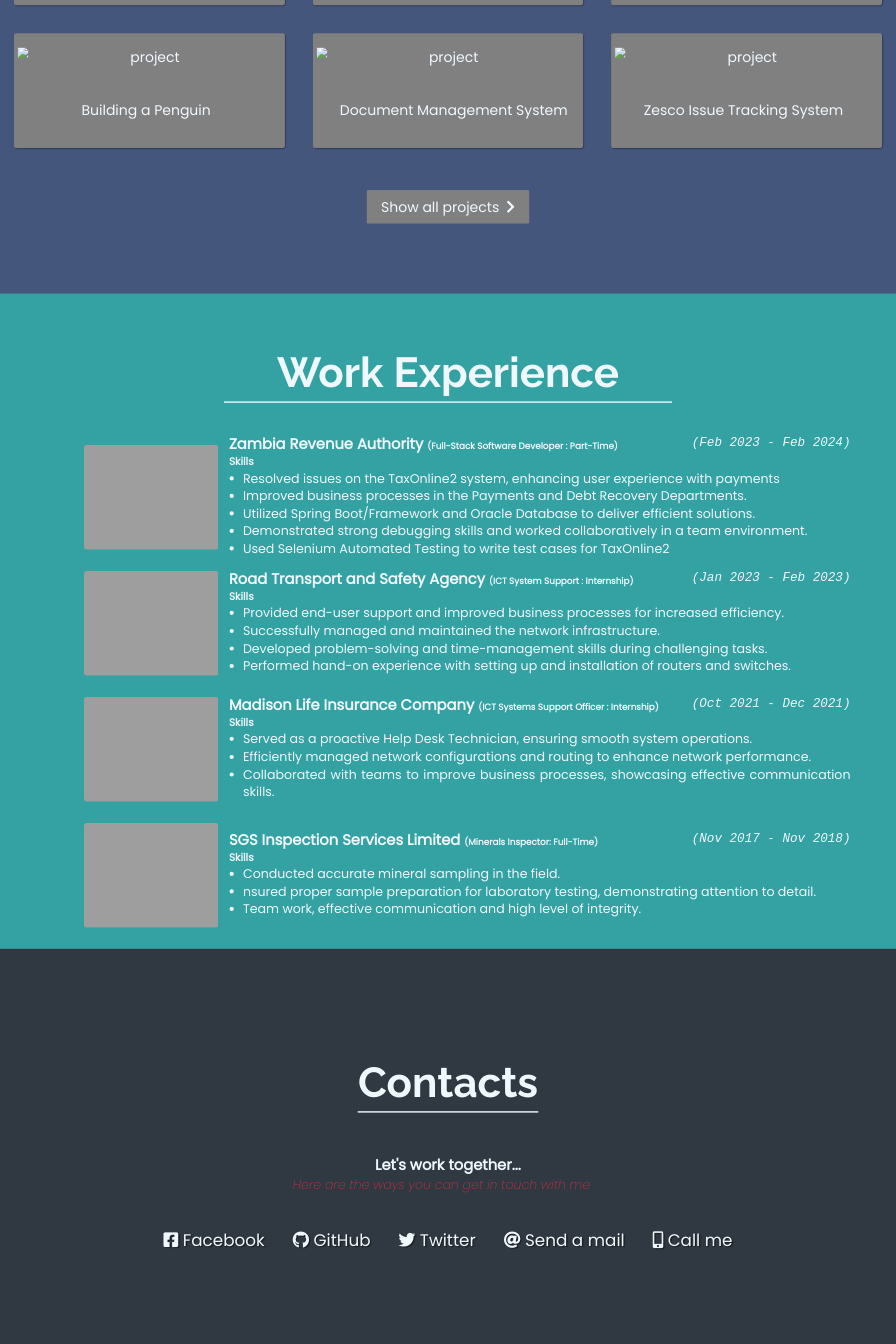
Repository: Lungdjos/personal_portifolio
Page: html/index.html
The author's editor kept a copy of each file at every save. The page is drawn from the files as they stood at one save, then again after the next save.
The browser window is 1280 px wide. The pictures show the part of the page from y = 1179 to 3099 px (the page is 3214 px tall), at 70% of full size.
Pictures or frames that could not be fetched are drawn as grey boxes. Some web libraries are served in a nearby version.

Above is the page before, as saved 2024-02-04 02:51:04.

### html/index.html
<!DOCTYPE html>
<html lang="en">

<head>
    <meta charset="UTF-8">
    <meta name="viewport" content="width=device-width, initial-scale=1.0">
    <title>Personal Portifolio</title>
    <link rel="stylesheet" href="/css/styles.css">
    <link rel="stylesheet" href="https://use.fontawesome.com/releases/v5.8.2/css/all.css" integrity="sha384-oS3vJWv+0UjzBfQzYUhtDYW+Pj2yciDJxpsK1OYPAYjqT085Qq/1cq5FLXAZQ7Ay" crossorigin="anonymous">
    <link href="https://fonts.googleapis.com/css?family=Poppins:200i,300,400&amp;display=swap" rel="stylesheet">
    <link href="https://fonts.googleapis.com/css?family=Raleway:700&amp;display=swap" rel="stylesheet">
    <script src="edge-extension://ajdpfmkffanmkhejnopjppegokpogffp/assets/prompt.js"></script>
</head>

<body>
    <header class="header">
        <nav id="navbar">
            <ul class="nav-list">
                <li><a href="#welcome-section" class="nav-link"><i class=""></i>Home</a></li>
                <li>
                    <a href="#project-section" class="nav-link"> <i class=""></i>Projects</a>
                </li>
                <li>
                    <a href="#work-experience-section" class="nav-link"> <i class=""></i>Experience</a>
                </li>
                <li><a href="#contact-section" class="nav-link"><i class=""></i>Contacts</a></li>
            </ul>
        </nav>
    </header>
    <main class="m-3">
        <div id="spacer"></div>
        <section class="home" id="welcome-section">
            <div id="welcome-section">
                <h1 id="title">Hi there, I am Lungu</h1>
                <p id="sub-title"><span>a</span> <span>full-stack</span> <span>software</span> <span>developer</span></p>
            </div>
        </section>

        <div id="spacer"></div>
        <section class="project-section" id="project-section">
            <h1 id="project-heading" class="heading">Here are some Projects I have done</h1>

            <div class="project-grid">
                <a href="#" target="_blank" class="project project-title">
                    <img class="project-image" src="" alt="project">
                    <p class="project-title">
                        <span class="code">&lt;</span>Technical Document Page
                        <span class="code">/&gt;</span>
                    </p>
                </a>

                <a href="#" target="_blank" class="project project-title">
                    <img class="project-image" src="" alt="project">
                    <p class="project-title">
                        <span class="code">&lt;</span> Piano
                        <span class="code">/&gt;</span>
                    </p>
                </a>

                <a href="#" target="_blank" class="project project-title">
                    <img class="project-image" src="" alt="project">
                    <p class="project-title">
                        <span class="code">&lt;</span> Tribute Page
                        <span class="code">/&gt;</span>
                    </p>
                </a>

                <a href="#" target="_blank" class="project project-title">
                    <img class="project-image" src="" alt="project">
                    <p class="project-title">
                        <span class="code">&lt;</span> Building a Penguin
                        <span class="code">/&gt;</span>
                    </p>
                </a>

                <a href="#" target="_blank" class="project project-title">
                    <img class="project-image" src="" alt="project">
                    <p class="project-title">
                        <span class="code">&lt;</span> Document Management System
                        <span class="code">/&gt;</span>
                    </p>
                </a>

                <a href="#" target="_blank" class="project project-title">
                    <img class="project-image" src="" alt="project">
                    <p class="project-title">
                        <span class="code">&lt;</span> Zesco Issue Tracking System
                        <span class="code">/&gt;</span>
                    </p>
                </a>
            </div>

            <a href="#" class="btn btn-show-all" target="_blank">Show all projects<i class="fas fa-chevron-right"></i></a>
        </section>
        <div id="spacer"></div>
        <section class="work-exp-section" id="work-experience-section">
            <h1 class="heading work-exp-heading">Work Experience</h1>
            <div id="grid">
                <div id="icon"><img src="https://th.bing.com/th?id=OIP.rCZtK_dDgujHTn0u4EiHUwHaEX&w=325&h=191&c=8&rs=1&qlt=90&o=6&pid=3.1&rm=2" alt="icon"></div>
                <div class="experience">
                    <div class="title-exp">
                        <h3>Zambia Revenue Authority <small>(Full-Stack Software Developer : Part-Time)</small></h3>
                        <code>(Feb 2023 - Feb 2024)</code>
                    </div>

                    <h5 class="skills">Skills</h5>
                    <p>
                        <ul>
                            <li>Resolved issues on the TaxOnline2 system, enhancing user experience with payments</li>
                            <li>Improved business processes in the Payments and Debt Recovery Departments.</li>
                            <li>Utilized Spring Boot/Framework and Oracle Database to deliver efficient solutions.</li>
                            <li>Demonstrated strong debugging skills and worked collaboratively in a team environment.</li>
                            <li>Used Selenium Automated Testing to write test cases for TaxOnline2</li>
                        </ul>
                    </p>
                </div>
            </div>

            <div id="grid">
                <div id="icon"><img src="https://th.bing.com/th?id=OIP.iDj6ErR_9QzKQiRz5T8xHQAAAA&w=158&h=159&c=8&rs=1&qlt=90&o=6&pid=3.1&rm=2" alt="icon"></div>
                <div class="experience">
                    <div class="title-exp">
                        <h3>Road Transport and Safety Agency <small>(ICT System Support : Internship)</small></h3>
                        <code>(Jan 2023 - Feb 2023)</code>
                    </div>

                    <h5 class="skills">Skills</h5>
                    <p>
                        <ul>
                            <li>Provided end-user support and improved business processes for increased efficiency.</li>
                            <li>Successfully managed and maintained the network infrastructure.</li>
                            <li>Developed problem-solving and time-management skills during challenging tasks.</li>
                            <li>Performed hand-on experience with setting up and installation of routers and switches.</li>
                        </ul>
                    </p>
                </div>
            </div>

            <div id="grid">
                <div id="icon"><img src="https://th.bing.com/th?id=OIP.sgcljO8ZBHyturyXo14g8wAAAA&w=216&h=103&c=8&rs=1&qlt=90&o=6&pid=3.1&rm=2" alt="icon"></div>
                <div class="experience">
                    <div class="title-exp">
                        <h3>Madison Life Insurance Company <small>(ICT Systems Support Officer : Internship)</small></h3>
                        <code>(Oct 2021 - Dec 2021)</code>
                    </div>

                    <h5 class="skills">Skills</h5>
                    <p>
                        <ul>
                            <li>Served as a proactive Help Desk Technician, ensuring smooth system operations.</li>
                            <li>Efficiently managed network configurations and routing to enhance network performance.</li>
                            <li>Collaborated with teams to improve business processes, showcasing effective communication skills.</li>
                        </ul>
                    </p>
                </div>
            </div>

            <div id="grid">
                <div id="icon"><img src="https://th.bing.com/th?id=OIP.TdyvCMy5NlyppvpqZwovrAHaE8&w=306&h=204&c=8&rs=1&qlt=90&o=6&pid=3.1&rm=2" alt="icon"></div>
                <div class="experience">
                    <div class="title-exp">
                        <h3>SGS Inspection Services Limited <small>(Minerals Inspector: Full-Time)</small></h3>
                        <code>(Nov 2017 - Nov 2018)</code>
                    </div>

                    <h5 class="skills">Skills</h5>
                    <p>
                        <ul>
                            <li>Conducted accurate mineral sampling in the field.</li>
                            <li>nsured proper sample preparation for laboratory testing, demonstrating attention to detail.</li>
                            <li>Team work, effective communication and high level of integrity.</li>
                        </ul>
                    </p>
                </div>
            </div>
        </section>
        <div id="spacer"></div>
        <section class="contact-section" id="contact-section">
            <h1 class="heading contacts-heading">Contacts</h1>
            <div class="contact-section-header">
                <h3>Let's work together...</h3>
                <p>Here are the ways you can get in touch with me <i class="fa-duotone fa-phone"></i></p>
            </div>
            <div id="contact-links">
                <a href="https://facebook.com/freecodecamp" target="_blank" class="btn contact-details"><i class="fab fa-facebook-square"></i> Facebook</a>
                <a id="profile-link" href="https://github.com/freecodecamp" target="_blank" class="btn contact-details"><i class="fab fa-github"></i> GitHub</a>
                <a href="https://twitter.com/freecodecamp" target="_blank" class="btn contact-details"><i class="fab fa-twitter"></i> Twitter</a>
                <a href="mailto:example@example.com" class="btn contact-details"><i class="fas fa-at"></i> Send a mail</a>
                <a href="tel:555-555-5555" class="btn contact-details"><i class="fas fa-mobile-alt"></i> Call me</a>
            </div>
        </section>
    </main>
    <footer>
        <ul>
            <li><a href="">Privacy</a></li>
            <li><a href="">Contacts</a></li>
            <li><a href="">About Us</a></li>
        </ul>
        <span>&REG;Radix Enterprise Ltd. &copy; 2024</span>
    </footer>
</body>

</html>

### css/styles.css
/** STYLING FOR THE PORTIFOLIO **/


/* the root selector */

:root {
    /* colors */
    --col-1: aliceblue;
    --col-2: grey;
    --col-3: orangered;
    --col-4: #be3144;
    --bc-1: #34a2a2;
    --bc-2: #0b2e28;
    --bc-3: #123b3b;
    --bc-4: #45567d;
    --bc-5: #303841;
    /* values */
}


/* general stylings */

html {
    font-size: 62.5%;
    box-sizing: border-box;
    scroll-behavior: smooth;
}

* {
    margin: 0;
    padding: 0;
}


/* box-sizing and font sizing */

*,
*::before,
*::after {
    box-sizing: inherit;
}


/* body styling */

body {
    font-family: 'Poppins', sans-serif;
    font-size: 1.8rem;
    font-weight: 400;
    line-height: 1.4;
    color: var(--col-1);
    background-color: var(--bc-1);
}


/* headings styling */

h1,
h2 {
    font-family: 'Raleway', sans-serif;
    font-weight: 600;
    text-align: center;
}

h1 {
    font-size: 6rem;
}

h2 {
    font-size: 4.2rem;
}


/* List and anchor styling */

ul {
    list-style: none;
}

a {
    color: var(--col-1);
    text-decoration: none;
}

img {
    display: block;
    width: 100%;
}


/** NAVIGATION BAR */


/* nav bar styling */

nav {
    font-weight: 600;
}

.header {
    display: flex;
    justify-content: flex-end;
    position: fixed;
    top: 0;
    left: 0;
    width: 100%;
    box-shadow: 0 2px 0 rgba(0, 0, 0, 0.4);
    z-index: 10;
    background-color: var(--bc-2);
}

nav>ul {
    display: flex;
    margin-right: 2rem;
    text-transform: uppercase;
}

.nav-list a {
    display: block;
    font-size: 2.2rem;
    padding: 2rem;
}

.nav-list a:hover {
    background: var(--bc-4);
}

.nav-list a:visited {
    border-bottom: .2rem solid #ff6347;
}


/* body styling */

#spacer {
    max-width: 1000px;
    width: 100%;
    margin: 0 auto;
}

main li {
    list-style-type: disc;
}


/** HOME PAGE */


/* Styling or the Home Page */

.home {
    width: 100%;
    height: 100vh;
    display: flex;
    flex-direction: column;
    justify-content: center;
    align-items: center;
    background: inherit;
    background-image: linear-gradient(62deg, #3a3d40 0%, #181719 100%);
}

#welcome-section>p {
    font-size: 3rem;
    font-weight: 200;
    font-style: italic;
    color: #d0a;
}

#title {
    transform-origin: center;
    animation: rotateAndChangeColor 14s infinite ease-in-out;
}

#sub-title {
    text-indent: 10px;
}

#sub-title span {
    display: inline-block;
    animation: fallAnimation 4s infinite ease-in-out forwards;
}


/** PROJECTS */


/* styling for projects */

.project-section {
    text-align: center;
    padding: 10rem 2rem;
    background: var(--bc-4);
}

.heading {
    max-width: 640px;
    margin: 0 auto 6rem auto;
    border-bottom: .2rem solid var(--col-1);
}


/* grids */

.project-grid {
    display: grid;
    grid-template-columns: repeat(auto-fit, minmax(360px, 1fr));
    grid-gap: 4rem;
    width: 100%;
    max-width: 1280px;
    margin: 0 auto;
    margin-bottom: 6rem;
}


/* individual projects */

.project {
    background: var(--col-2);
    box-shadow: 1px 1px 2px rgba(0, 0, 0, 0.4);
    border-radius: 3px;
}

.code {
    color: var(--col-2);
    transition: color 0.3s ease-out;
}

.project:hover .code {
    color: var(--col-3);
}

.project-image {
    height: calc(100% - 6.8rem);
    width: 100%;
    object-fit: cover;
}

.project-title {
    font-size: 2rem;
    padding: 2rem 0.5rem;
}

.btn {
    display: inline-block;
    padding: 1rem 2rem;
    border-radius: 2px;
}

.btn-show-all {
    font-size: 2rem;
    background: var(--col-2);
    transition: background 0.3s ease-out;
}

.btn-show-all:hover {
    background: var(--col-3);
}

.btn-show-all:hover>i {
    transform: translateX(2px);
}

.btn-show-all>i {
    margin-left: 10px;
    transform: translateX(0);
    transition: transform 0.3s ease-out;
}


/** WORK EXPERIENCE */

#work-experience-section {
    padding-top: 5rem;
    margin: 2rem;
}

.work-exp-section small {
    font-size: 60%;
}

#work-experience-section #icon {
    display: flex;
    flex-direction: column;
    justify-content: center;
    align-items: center;
}

#work-experience-section img {
    border-radius: 3%;
    height: 150px;
    width: 15vw;
}

#work-experience-section .experience {
    display: flex;
    flex-direction: column;
    justify-content: center;
    height: 125px;
    width: 80vw;
    padding: 5px;
    margin: 1rem;
}

#grid {
    display: flex;
    margin: 3rem;
    margin-left: 10rem;
}

.experience {
    text-align: justify;
}

.experience ul {
    padding-left: 2rem;
}

.skills {
    color: var(--col-1);
}

.title-exp {
    display: flex;
    justify-content: space-between;
}

.title-exp code {
    flex-direction: flex-end;
    font-style: italic;
}


/** CONTACTS */

#contact-section {
    display: flex;
    flex-direction: column;
    justify-content: center;
    align-items: center;
    text-align: center;
    padding: 0 3rem;
    width: 100%;
    height: 82vh;
    background: var(--bc-5);
}

.contact-section-header>h2 {
    font-size: 6rem;
}

.contact-section-header>p {
    font-style: italic;
    color: var(--col-4);
}

#contact-links {
    display: flex;
    justify-content: center;
    width: 100%;
    max-width: 980px;
    margin-top: 4rem;
    flex-wrap: wrap;
}

.contact-details {
    font-size: 2.4rem;
    text-shadow: 2px 2px 1px #1f1f1f;
    transition: transform 0.3s ease-out;
}

.contact-details:hover {
    transform: translateY(10px);
    color: var(--col-4);
}


/** FOOTER */


/* footer styling */

footer {
    font-weight: 300;
    padding: 2rem;
    background-color: var(--bc-3);
    border-top: 6px solid var(--bc-2);
}

footer>ul {
    display: flex;
    justify-content: flex-end;
}

footer>ul>li {
    padding: 0 12px;
}

footer>span {
    display: flex;
    justify-content: flex-end;
    margin-top: 6px;
    font-size: .9rem;
    font-weight: bold;
}


/** ANIMATIONS AND EFFECTS */


/* Welcome Page Animations */

@keyframes rotateAndChangeColor {
    0% {
        transform: rotateY(0deg);
        color: #333;
    }
    30% {
        transform: rotateY(360deg);
        color: #2e604a;
    }
    60% {
        transform: rotate(0deg);
        color: #45567d;
    }
    90% {
        transform: rotate(360deg);
        color: #ff6347;
    }
}

@keyframes fallAnimation {
    0% {
        transform: translateY(-60px);
        opacity: 0;
    }
    50% {
        transform: translateY(-60px);
        opacity: 0.4;
    }
    100% {
        transform: translateY(0);
        opacity: 1;
    }
}


/** STYLING FOR SMALL DEVICES */


/* 1200px / 16px = 75em */

@media (max-width: 75em) {
    html {
        font-size: 60%;
    }
}


/* 980px / 16px = 61.25em */

@media (max-width: 61.25em) {
    html {
        font-size: 58%;
    }
}


/* 460px / 16px = 28.75em */

@media (max-width: 28.75em) {
    html {
        font-size: 55%;
    }
}


/** NAV-BAR */


/* nav bar media queries */

@media (max-width: 28.75em) {
    #navbar {
        justify-content: center;
    }
    .nav-list {
        margin: 0 1rem;
    }
}


/** PROJECTS */


/* projects media query */

@media (max-width: 28.75em) {
    #project-heading {
        font-size: 4rem;
    }
}

@media (max-width: 30.625em) {
    .project-section {
        padding: 6rem 1rem;
    }
    .project-grid {
        grid-template-columns: 1fr;
    }
}


/** WORK EXPERIENCE */

@media (max-width: 550px) {
    #work-experience-section #icon {
        display: none;
    }
}

@media (max-width: 550px) {
    #work-experience-section .experience {
        width: 100%;
        text-align: center;
        padding: 0;
        height: 150px;
    }
}

@media (max-width: 650px) {
    #work-experience-section {
        margin-top: 0;
    }
}


/** CONTACTS */

@media (max-width: 28.75em) {
    .contact-section-header>h2 {
        font-size: 4rem;
    }
}


/** FOOTER */


/* footer */

@media (max-width: 28.75em) {
    footer {
        flex-direction: column;
        text-align: center;
    }
}

After the next save:
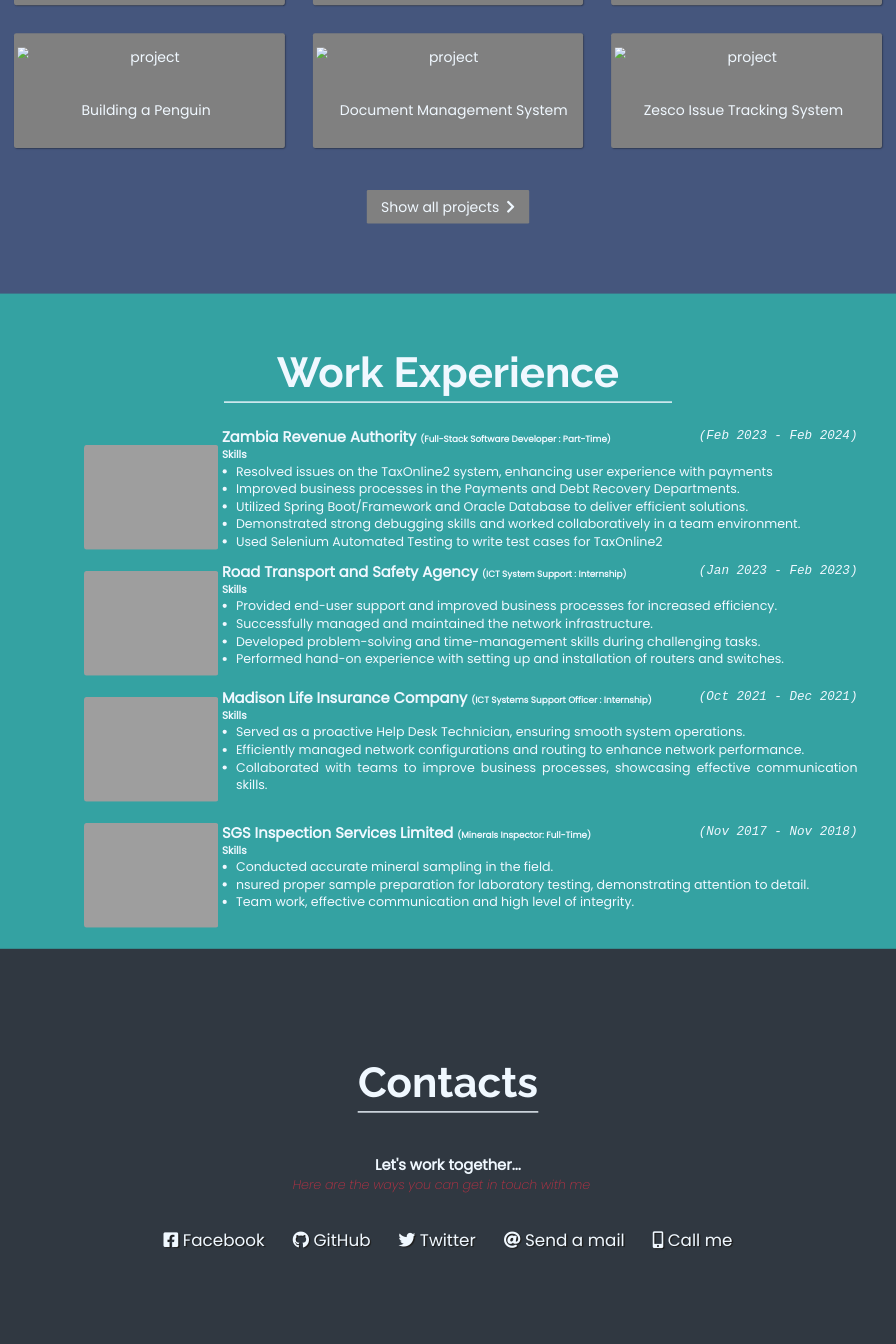
Saved 8 s later.
--- a/css/styles.css
+++ b/css/styles.css
@@ -298,7 +298,6 @@ main li {
     height: 125px;
     width: 80vw;
     padding: 5px;
-    margin: 1rem;
 }
 
 #grid {
